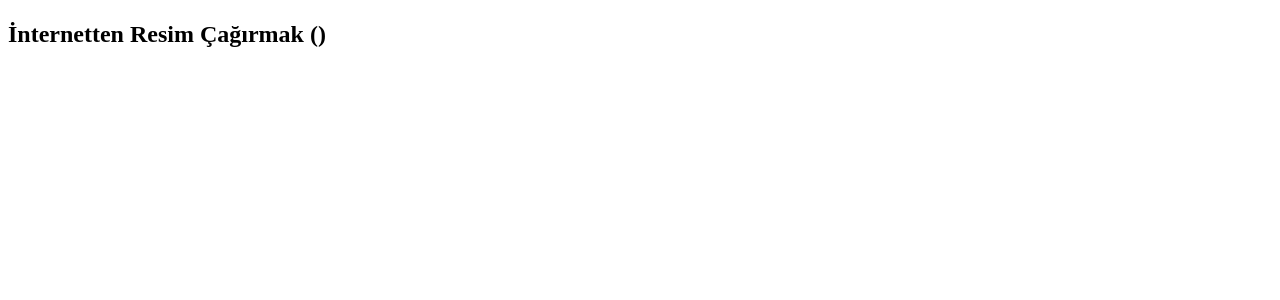
Repository: BeritanBlgn/web-yazilim-muhendisligi
Page: Modul_1/Ders_7/1.7.2_resimler.html
An editor plug-in stored every save of this project. The page is shown before and after the next save, followed by the edit.
The browser window is 1280 px wide. The pictures show the whole page.

Above is the page before, as saved 2026-10-21 20:41:09.

### Modul_1/Ders_7/1.7.2_resimler.html
<!DOCTYPE html>
<html lang="tr">
<head>
    <meta charset="UTF-8">
    <meta name="viewport" content="width=device-width, initial-scale=1.0">
    <title>Ders-6/Resimler</title>
</head>
<body>
    <!--  gerçek fotoğraflarda kullanılmaz logolarda kullanılır.
      sayfalarn hızlı açılabilmesi için resimleri küçük eklemek gerekir.
      3 altın kural (resmi  isimlendirmek için)
      asla türkçe karakter kullanma
      boşluk kullanma
      her zaman küçük harf kullanılmalı-->
      <h1>

      </h1>
      <h2>
        İnternetten Resim Çağırmak ()
      </h2>
</body>
</html>

After the next save:
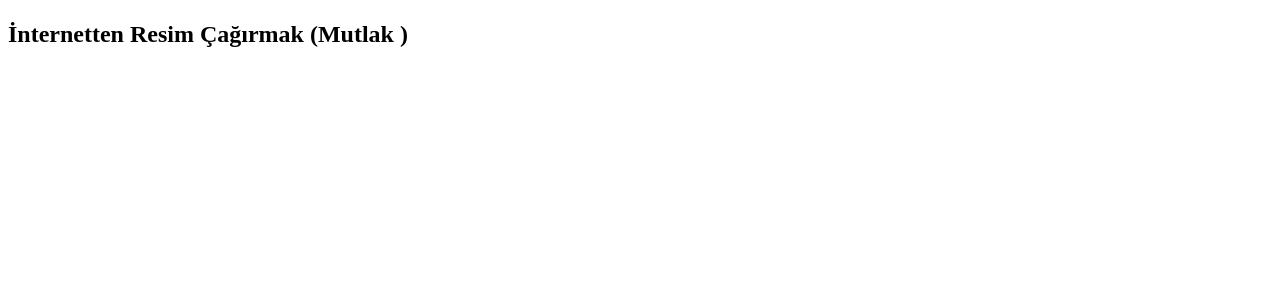
Saved 5 s later.
--- a/Modul_1/Ders_7/1.7.2_resimler.html
+++ b/Modul_1/Ders_7/1.7.2_resimler.html
@@ -16,7 +16,7 @@
 
       </h1>
       <h2>
-        İnternetten Resim Çağırmak ()
+        İnternetten Resim Çağırmak (Mutlak )
       </h2>
 </body>
 </html>
